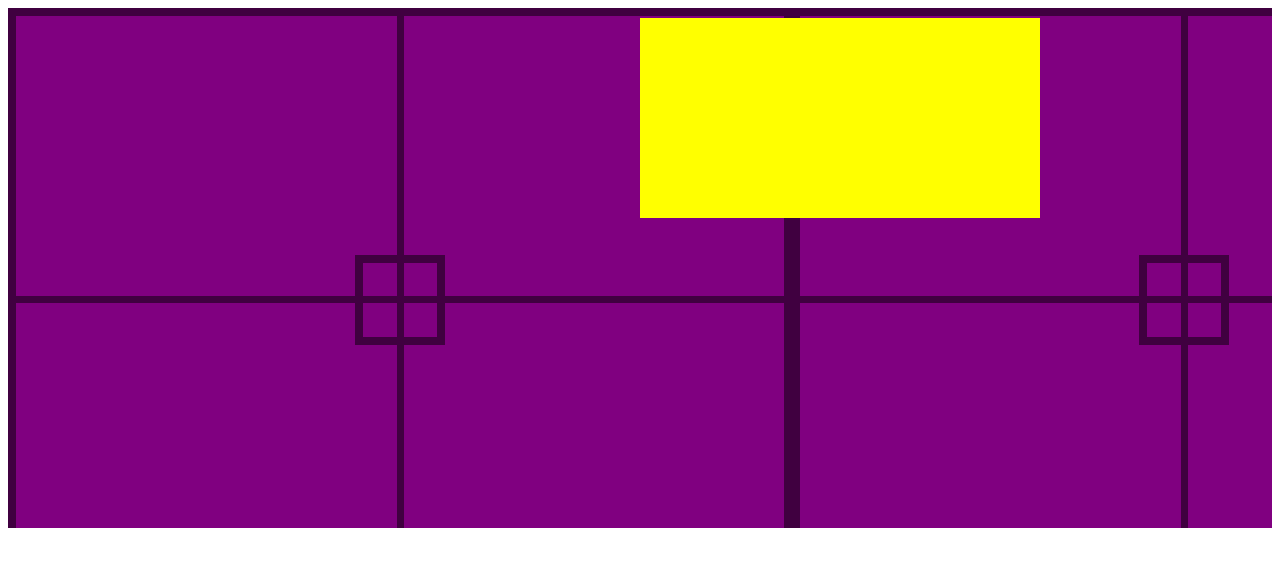
Repository: Leonngc/html-css
Page: Exercicios/ex023/fundo007.html
An editor plug-in stored every save of this project. The page is shown before and after a run of saves, followed by the edit.
The browser window is 1280 px wide. The pictures show the whole page.

Above is the page before, as saved 2022-10-27 19:47:08.

After the next 2 saves:
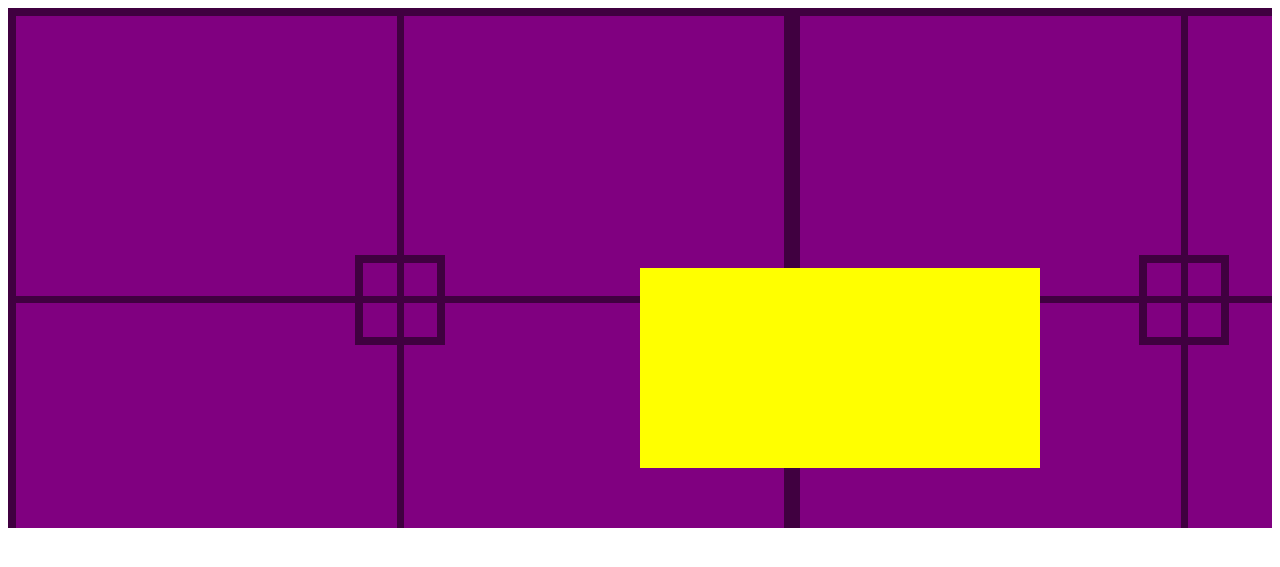
The 2 saves are shown as one change because they came seconds apart.
The last was saved 9 s later.
--- a/Exercicios/ex023/fundo007.html
+++ b/Exercicios/ex023/fundo007.html
@@ -21,7 +21,7 @@
             background-color: yellow;
 
             left: 50%;
-            top
+            top: 50%;
         }
     </style>
 </head>
